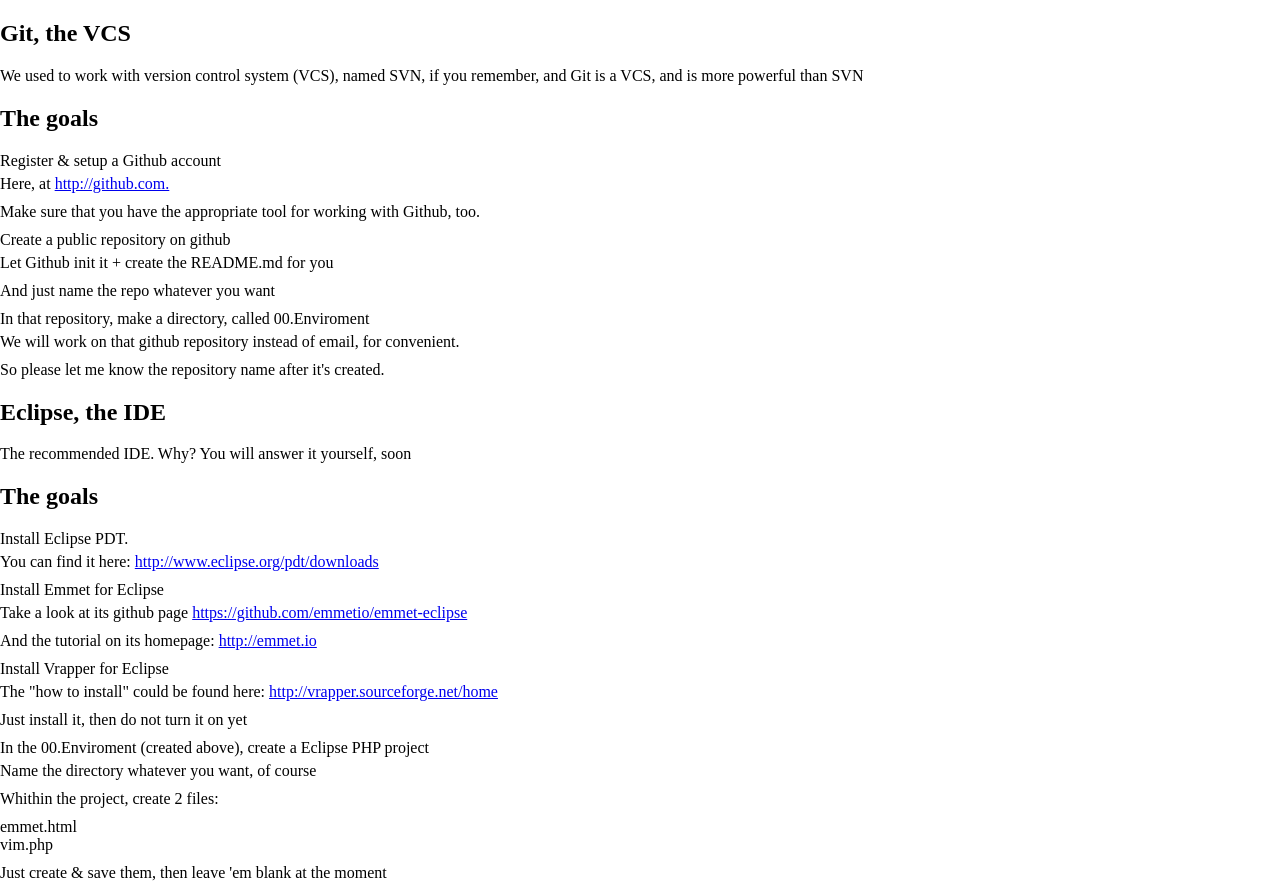
Repository: mrdo2010vn/00.enviroment
Page: 00.TestingEnviroment/emmet.html
The author's editor kept a copy of each file at every save. The page is drawn from the files as they stood at one save, then again after the next save.
The browser window is 1280 px wide. The pictures show the whole page.

Above is the page before, as saved 2013-09-25 08:40:21.

After the next save:
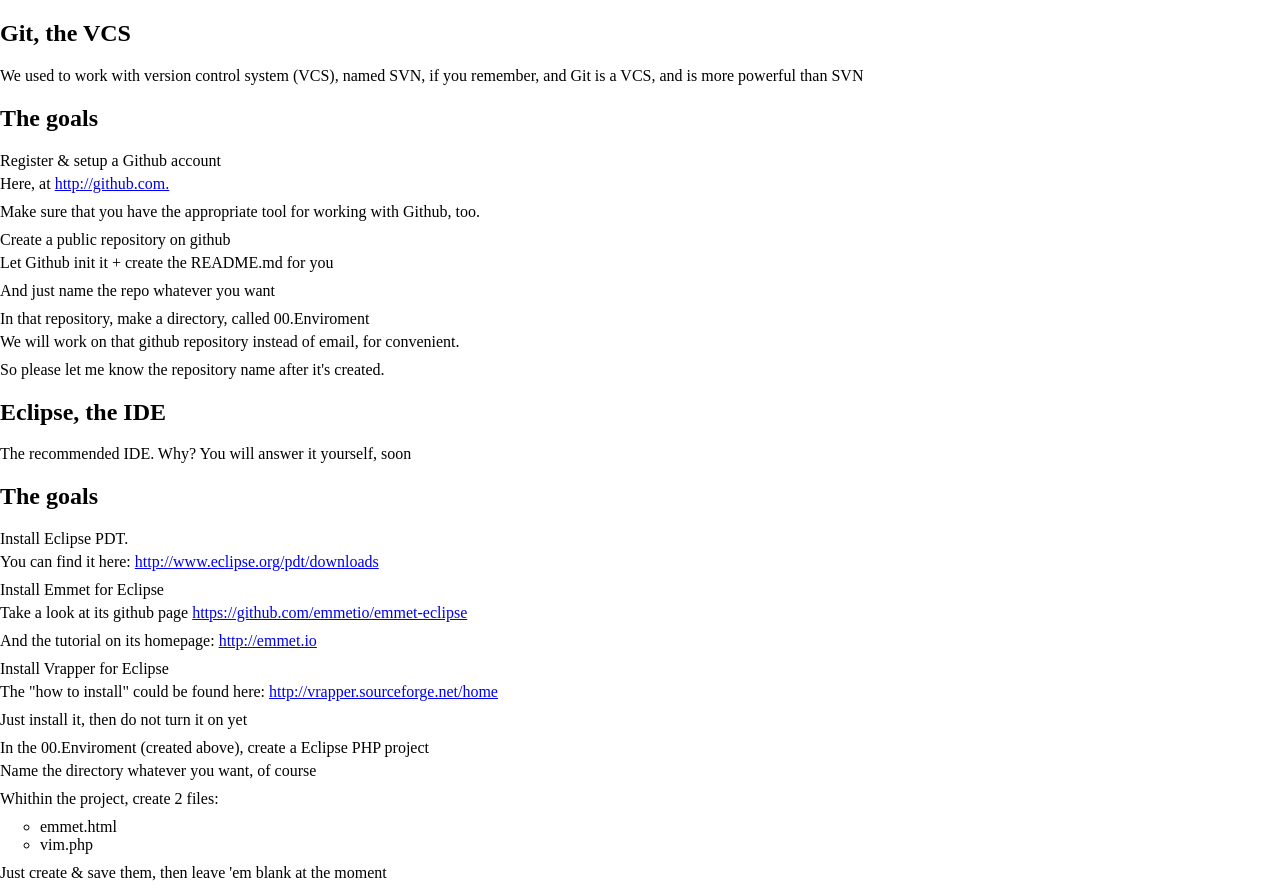
Saved 29 s later.
--- a/00.TestingEnviroment/css/style.css
+++ b/00.TestingEnviroment/css/style.css
@@ -4,7 +4,7 @@
     margin: 0;
     padding: 0;
 }
-p, pre, blockquote, form, dl, ul, ol, fieldset, address, table {
+p, pre, blockquote, form, dl, ol, fieldset, address, table {
     padding: 0;
     margin: 5px 0 10px 0;
 }
